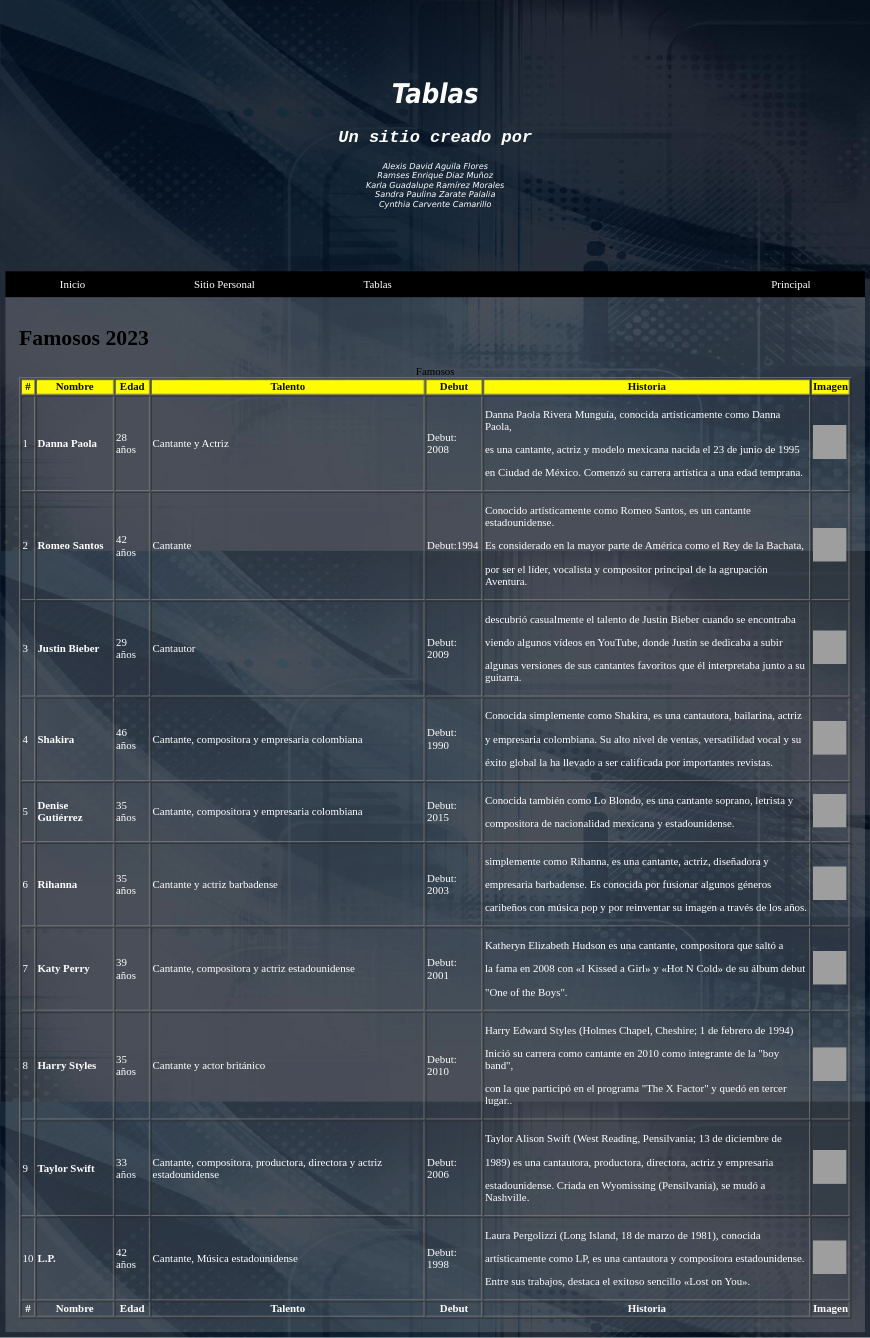
Repository: Dogueen/miniProyectoUniversidad
Page: miniProyecto/pages/tablas.html
An editor plug-in stored every save of this project. The page is shown before and after the next save, followed by the edit.
The browser window is 1280 px wide. The pictures show the whole page, at 68% of full size.
Pictures or frames that could not be fetched are drawn as grey boxes.

Above is the page before, as saved 2023-10-31 19:56:02.

### miniProyecto/pages/tablas.html
<!DOCTYPE html>
<html lang="es">



<head>
    <title>Ejemplo de un Website</title>
    <meta charset="UTF-8">
    <meta name="viewport" content="width=device-width, initial-scale=1">
    <link rel="stylesheet" type="text/css" href="../styles/tablas.css" />

    <style>
    </style>
</head>

<body>

    <div class="header">
        <h1>Tablas</h1>
        <h2> Un sitio creado por</h2>
        <dl>
            <dt>Alexis David Aguila Flores</dt>
            <dt>Ramses Enrique Diaz Muñoz</dt>
            <dt>Karla Guadalupe Ramírez Morales</dt>
            <dt>Sandra Paulina Zarate Palalia</dt>
            <dt>Cynthia Carvente Camarillo</dt>
        </dl>
    </div>

    <div class="navbar">
        <a href="inicio.html">Inicio</a>
        <a href="personal.html">Sitio Personal</a>
        <a href="tablas.html">Tablas</a>
        <a href="../principal.html" class="right">Principal</a>
    </div>

    <div class="row">
        <h1>Famosos 2023</h1>

        <table border="1">
            <caption>Famosos</caption>
            <thead>
                <tr style=" background-color: rgb(255, 251, 0); color: #0e0a0a
            ;">
                    <th>#</th>
                    <th>Nombre</th>
                    <th>Edad</th>
                    <th>Talento</th>
                    <th>Debut</th>
                    <th>Historia</th>
                    <th>Imagen</th>
                </tr>
            </thead>
            <tbody>
                <tr style=" color: #ffffff ;">
                    <td>1</td>
                    <td><b>Danna Paola</b></td>
                    <td>28 años</td>
                    <td>Cantante y Actriz</td>
                    <td>Debut: 2008 </td>
                    <td>
                        <p>Danna Paola Rivera Munguía, conocida artísticamente como Danna Paola,</p>
                        <p>es una cantante, actriz y modelo mexicana nacida el 23 de junio de 1995</p>
                        <p>en Ciudad de México. Comenzó su carrera artística a una edad temprana.</p>
                    </td>
                    <td>
                        <img src="https://tse2.mm.bing.net/th?id=OIP.2fKZFBXqqh_tXzieK95NMwHaHa&pid=Api&P=0&h=180"
                            alt="descripcion de la imagen" width="50" height="50">
                    </td>
                </tr>
                <tr style=" color: #ffffff ;">
                    <td>2</td>
                    <td><b>Romeo Santos</b></td>
                    <td>42 años</td>
                    <td>Cantante</td>
                    <td>Debut:1994</td>
                    <td>
                        <p>Conocido artísticamente como Romeo Santos, es un cantante estadounidense.</p>
                        <p>Es considerado en la mayor parte de América como el Rey de la Bachata,</p>
                        <p>por ser el líder, vocalista y compositor principal de la agrupación Aventura.</p>
                    </td>
                    <td>
                        <img src="https://tse3.mm.bing.net/th?id=OIP.czh87NhNG3h058hLlqpQcgHaE5&pid=Api&P=0&h=180"
                            alt="descripcion de la imagen" width="50" height="50">
                    </td>
                </tr>
                <tr style=" color: #ffffff ;">
                    <td>3</td>
                    <td><b>Justin Bieber</b></td>
                    <td>29 años</td>
                    <td>Cantautor</td>
                    <td>Debut: 2009 </td>
                    <td>
                        <p>descubrió casualmente el talento de Justin Bieber cuando se encontraba</p>
                        <p>viendo algunos vídeos en YouTube, donde Justin se dedicaba a subir</p>
                        <p>algunas versiones de sus cantantes favoritos que él interpretaba junto a su guitarra.</p>
                    </td>
                    <td>
                        <img src="https://s.yimg.com/fz/api/res/1.2/oy0MceollK5boXGxxNZTCA--~C/YXBwaWQ9c3JjaGRkO2ZpPWZpbGw7aD0yMjA7cT04MDt3PTE2NQ--/https://s.yimg.com/zb/imgv1/ae6fe20c-f179-3158-bc27-ace88caafc9a/t_500x300"
                            alt="descripcion de la imagen" width="50" height="50">
                    </td>
                </tr>
                <tr style=" color: #ffffff ;">
                    <td>4</td>
                    <td><b>Shakira</b></td>
                    <td>46 años</td>
                    <td>Cantante, compositora y empresaria colombiana</td>
                    <td>Debut: 1990</td>
                    <td>
                        <p>Conocida simplemente como Shakira, es una cantautora, bailarina, actriz</p>
                        <p>y empresaria colombiana. Su alto nivel de ventas, versatilidad vocal y su</p>
                        <p>éxito global la ha llevado a ser calificada por importantes revistas.</p>
                    </td>
                    <td>
                        <img src="https://br.web.img3.acsta.net/pictures/15/09/24/11/19/077124.jpg"
                            alt="descripcion de la imagen" width="50" height="50">
                    </td>
                </tr>
                <tr style=" color: #ffffff ;">
                    <td>5</td>
                    <td><b>Denise Gutiérrez</b></td>
                    <td>35 años</td>
                    <td>Cantante, compositora y empresaria colombiana</td>
                    <td>Debut: 2015 </td>
                    <td>
                        <p>Conocida también como Lo Blondo, es una cantante soprano, letrista y </p>
                        <p> compositora de nacionalidad mexicana y estadounidense.</p>
                    </td>
                    <td>
                        <img src="http://p2.trrsf.com/image/fget/cf/600/600/images.terra.com/2014/08/17/denise-gutierrez-mym.jpg"
                            alt="descripcion de la imagen" width="50" height="50">
                    </td>
                </tr>
                <tr style=" color: #ffffff ;">
                    <td>6</td>
                    <td><b>Rihanna</b></td>
                    <td>35 años</td>
                    <td>Cantante y actriz barbadense</td>
                    <td>Debut: 2003 </td>
                    <td>
                        <p>simplemente como Rihanna, es una cantante, actriz, diseñadora y</p>
                        <p>empresaria barbadense. Es conocida por fusionar algunos géneros</p>
                        <p>caribeños con música pop y por reinventar su imagen a través de los años.</p>
                    </td>
                    <td>
                        <img src="https://thatgrapejuice.net/wp-content/uploads/2018/01/rihanna-fenty-beauty-2018-thatgrapejuice.jpg"
                            alt="descripcion de la imagen" width="50" height="50">
                    </td>
                </tr>
                <tr style=" color: #ffffff ;">
                    <td>7</td>
                    <td><b>Katy Perry</b></td>
                    <td>39 años</td>
                    <td>Cantante, compositora y actriz estadounidense</td>
                    <td>Debut: 2001</td>
                    <td>
                        <p>Katheryn Elizabeth Hudson es una cantante, compositora que saltó a</p>
                        <p>la fama en 2008 con «I Kissed a Girl» y «Hot N Cold» de su álbum debut</p>
                        <p>"One of the Boys".</p>
                    </td>
                    <td>
                        <img src="https://thatgrapejuice.net/wp-content/uploads/2018/01/rihanna-fenty-beauty-2018-thatgrapejuice.jpg"
                            alt="descripcion de la imagen" width="50" height="50">
                    </td>
                </tr>
                <tr style=" color: #ffffff ;">
                    <td>8</td>
                    <td><b>Harry Styles</b></td>
                    <td>35 años</td>
                    <td>Cantante y actor británico</td>
                    <td>Debut: 2010</td>
                    <td>
                        <p>Harry Edward Styles (Holmes Chapel, Cheshire; 1 de febrero de 1994)</p>
                        <p> Inició su carrera como cantante en 2010 como integrante de la "boy band",</p>
                        <p>con la que participó en el programa "The X Factor" y quedó en tercer lugar..</p>
                    </td>
                    <td>
                        <img src="https://s.yimg.com/fz/api/res/1.2/.ydV9zweXuGcpbqbK_hIcw--~C/YXBwaWQ9c3JjaGRkO2ZpPWZpbGw7aD0yMjA7cT04MDt3PTE0NQ--/https://s.yimg.com/zb/imgv1/a87cb604-64be-3568-a4c6-cff440b6300f/t_500x300"
                            alt="descripcion de la imagen" width="50" height="50">
                    </td>
                </tr>
                <tr style=" color: #ffffff ;">
                    <td>9</td>
                    <td><b>Taylor Swift</b></td>
                    <td>33 años</td>
                    <td>Cantante, compositora, productora, directora y actriz estadounidense</td>
                    <td>Debut: 2006</td>
                    <td>
                        <p>Taylor Alison Swift (West Reading, Pensilvania; 13 de diciembre de</p>
                        <p>1989) es una cantautora, productora, directora, actriz y empresaria</p>
                        <p>estadounidense. Criada en Wyomissing (Pensilvania), se mudó a Nashville.</p>
                    </td>
                    <td>
                        <img src="https://tse2.mm.bing.net/th?id=OIP.2fKZFBXqqh_tXzieK95NMwHaHa&pid=Api&P=0&h=180"
                            alt="descripcion de la imagen" width="50" height="50">
                    </td>
                </tr>
                <tr style=" color: #ffffff ;">
                    <td>10</td>
                    <td><b>L.P.</b></td>
                    <td>42 años</td>
                    <td>Cantante, Música estadounidense</td>
                    <td>Debut: 1998</td>
                    <td>
                        <p>Laura Pergolizzi (Long Island, 18 de marzo de 1981), conocida</p>
                        <p>artísticamente como LP, es una cantautora y compositora estadounidense.</p>
                        <p>Entre sus trabajos, destaca el exitoso sencillo «Lost on You».</p>
                    </td>
                    <td>
                        <img src="https://tse2.mm.bing.net/th?id=OIP.2fKZFBXqqh_tXzieK95NMwHaHa&pid=Api&P=0&h=180"
                            alt="descripcion de la imagen" width="50" height="50">
                    </td>
                </tr>
            </tbody>
</body>
<tfoot>
    <tr style=" color: #ffffff ;">
        <th>#</th>
        <th>Nombre</th>
        <th>Edad</th>
        <th>Talento</th>
        <th>Debut</th>
        <th>Historia</th>
        <th>Imagen</th>
    </tr>
</tfoot>
</table>
</div>
</div>

</body>

</html>

### miniProyecto/styles/tablas.css
body {
    background-image: url("../images/bg-img.jpg");
}

.header {
    padding: 80px;
    text-align: center;
    color: white;
}

.header h1 {
    font-size: 40px;
    font-style: italic;
    font-family: Tahoma;
}

.header h2 {
    font-size: 25px;
    font-style: italic;
    font-family: monospace;
}

.header dl {
    font-size: 12px;
    font-style: italic;
    font-family: Verdana, Geneva, Tahoma, sans-serif;
}

.navbar {
    overflow: hidden;
    background-color: #000000;
}

.navbar a {
    float: left;
    display: block;
    color: white;
    text-align: center;
    padding: 10px 80px;
    text-decoration: none;
}

.navbar a:hover {
    background-color: #ddd;
    color: black;
}

.navbar a.right {
    float: right;
}

* {
    box-sizing: border-box;
}

.row {
    display: block;
    flex-wrap: wrap-reverses;
    background-color: #f1f1f12a;
    padding: 20px;
}


@media screen and (max-width: 700px) {
    .row {
        flex-direction: column;
    }
}

@media screen and (max-width: 400px) {
    .navbar a {
        float: none;
        width: 100%;
    }
}

After the next save:
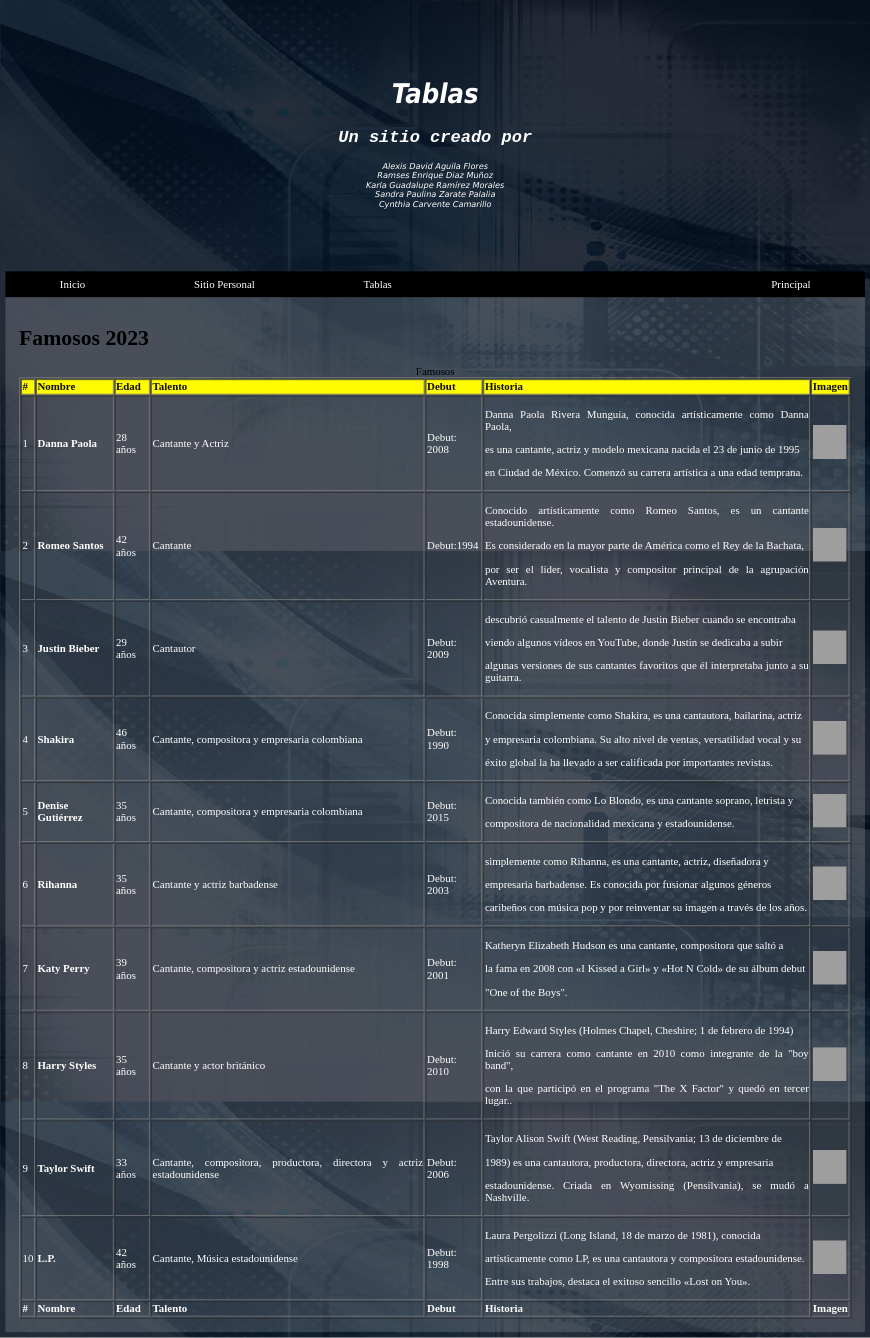
Saved 26 s later.
--- a/miniProyecto/styles/tablas.css
+++ b/miniProyecto/styles/tablas.css
@@ -58,6 +58,8 @@ body {
     flex-wrap: wrap-reverses;
     background-color: #f1f1f12a;
     padding: 20px;
+    text-align: justify;
+    text-justify: auto;
 }
 
 
